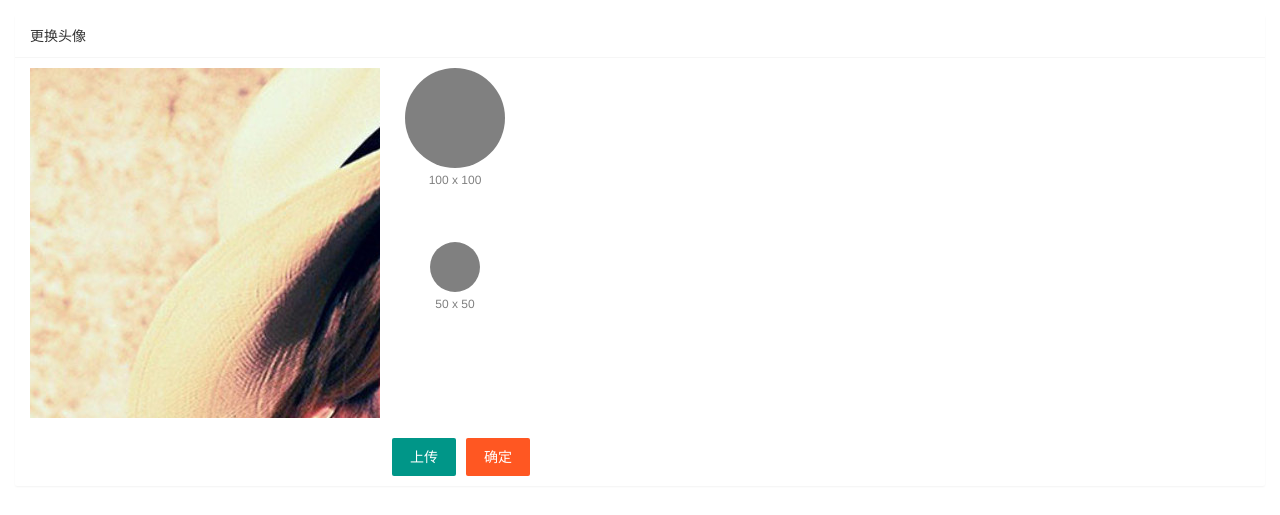
Repository: xxsleep/-
Page: home/user/user_avatar.html
The author's editor kept a copy of each file at every save. The page is drawn from the files as they stood at one save, then again after the next save.
The browser window is 1280 px wide. The pictures show the whole page.

Above is the page before, as saved 2020-11-27 09:50:23.

After the next save:
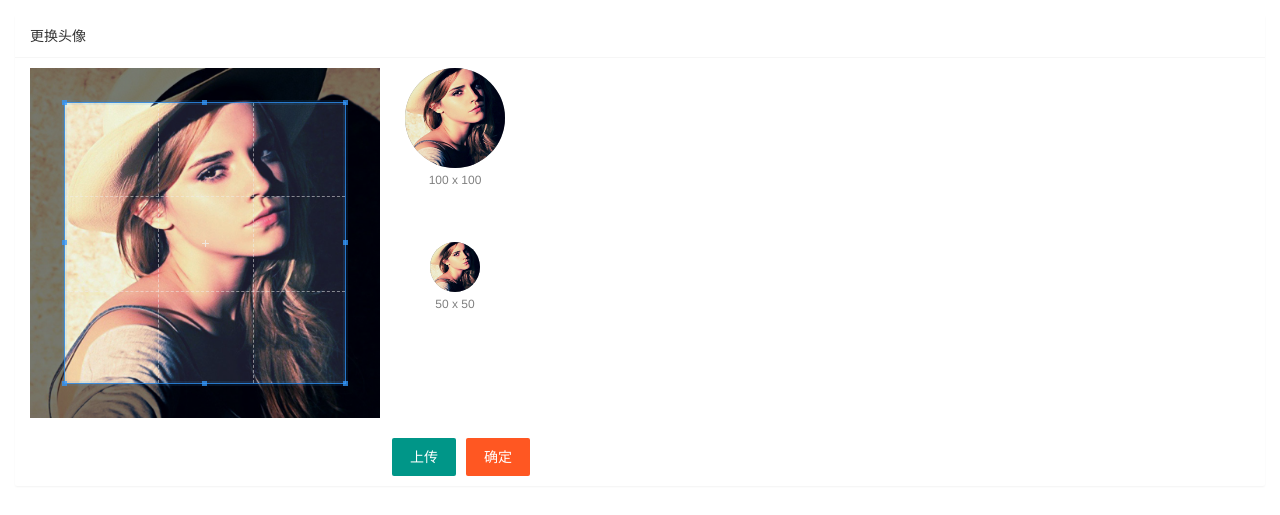
Saved 61 s later.
--- a/home/user/user_avatar.html
+++ b/home/user/user_avatar.html
@@ -42,10 +42,12 @@
             </div>
         </div>
     </div>
+    <script src="/assets/lib/layui/layui.all.js"></script>
     <script src="/assets/lib/jquery.js"></script>
     <script src="/assets/lib/cropper/Cropper.js"></script>
     <script src="/assets/lib/cropper/jquery-cropper.js"></script>
-    <script src="/assets/lib/layui/layui.all.js"></script>
+    <script src="/assets/js/ajaxBase.js"></script>
+    <script src="/assets/js/user/user_avatar.js"></script>
 </body>
 
 </html>
